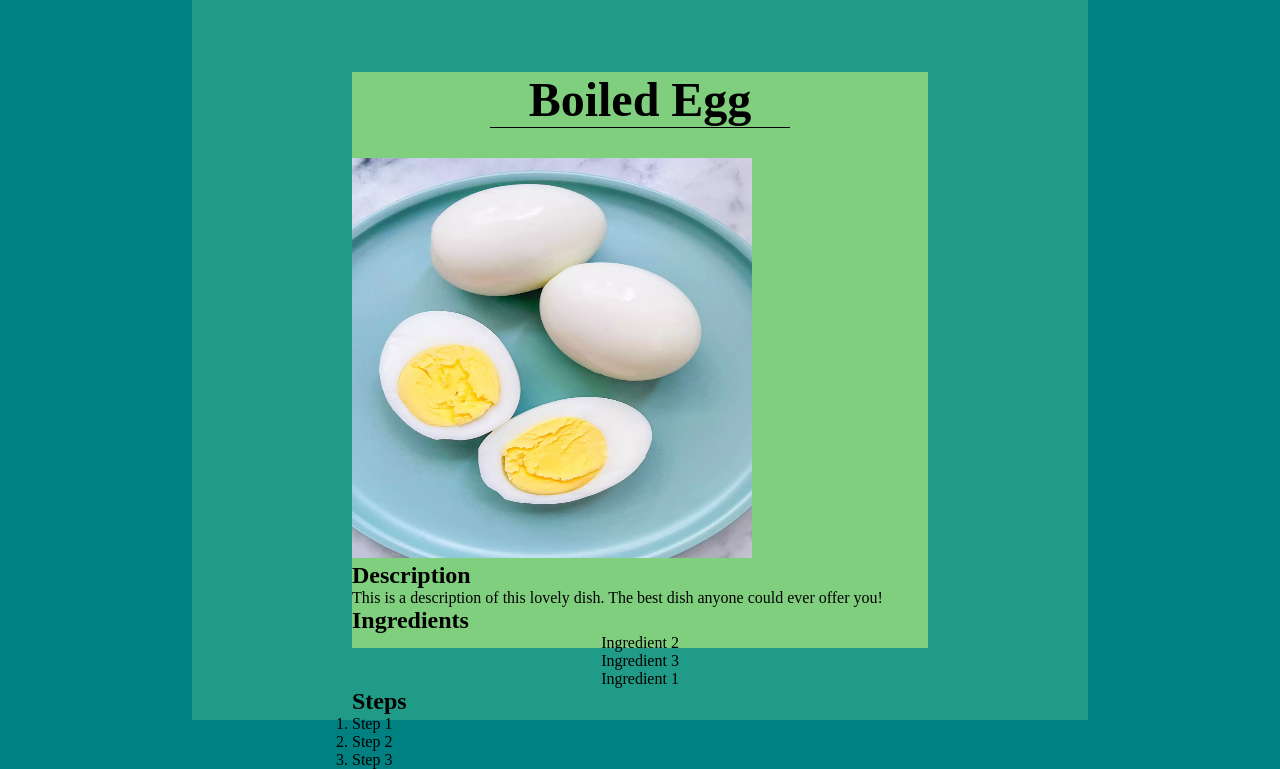
Repository: Pafestivo/odin-recipes
Page: recipes/boiled-egg.html
An editor plug-in stored every save of this project. The page is shown before and after the next save, followed by the edit.
The browser window is 1280 px wide. The pictures show the whole page.

Above is the page before, as saved 2022-09-24 12:49:50.

### recipes/boiled-egg.html
<!DOCTYPE html>
<html lang="en">
<head>
    <meta charset="UTF-8">
    <meta name="viewport" content="width=device-width, initial-scale=1.0">
    <link rel="stylesheet" href="../css/recipe-styles.css">
    <title>Recipe-Boiled Egg</title>
</head>
<body>
    <div class="container">
        <div class="inner">
            <h1>Boiled Egg</h1>
            <img
            src="../images/boiled-egg.jpg"
            alt="An image of Boiled Egg"
            />
            <h2>Description</h2>
            <p>This is a description of this lovely dish. The best dish anyone could ever offer you!</p>

            <h2>Ingredients</h2>
            <ul>
            <li>Ingredient 2</li>
            <li>Ingredient 3</li>
            <li>Ingredient 1</li>
            </ul>

            <h2>Steps</h2>
            <ol>
            <li>Step 1</li>
            <li>Step 2</li>
            <li>Step 3</li>
            </ol>
        </div> <!-- /inner -->
    </div> <!-- /container -->

</body>
</html>

### css/recipe-styles.css
* {
  box-sizing: border-box;
  padding: 0;
  margin: 0;
}

body {
  font-family: serif;
  background-color: #008080;
  padding: 1;
}

.container {
  background-color: #209B87;
  display: flex;
  width: 70vw;
  height: 100vh;
  padding: 1px;
  margin: 0 auto;
}

.inner {
  background-color: #80CF7F;
  width: 45vw;
  height: 80vh;
  margin: auto;
}

h1 {
  text-align: center;
  font-size: 3rem;
  margin: 0 auto 30px auto;
  border-bottom: 1px solid black;
  width: 300px;
}

img {
  width: 400px;
  height: 400px;
}

ul {
  list-style: none;
  display: flex;
  align-items: center;
  justify-content: center;
  flex-direction: column;
}

a {
  display: flex;
  justify-content: center;
  align-items: center;
  margin: 30px 0;
  width: 350px;
  font-size: 1.5em;
  height: 45px;
  border-radius: 20px;
  text-decoration: none;
  color: inherit;
  background-color: #F9F871;
  transition: all 0.1s ease-in;
}

a:hover {
  transform: scale(1.1);
}

After the next save:
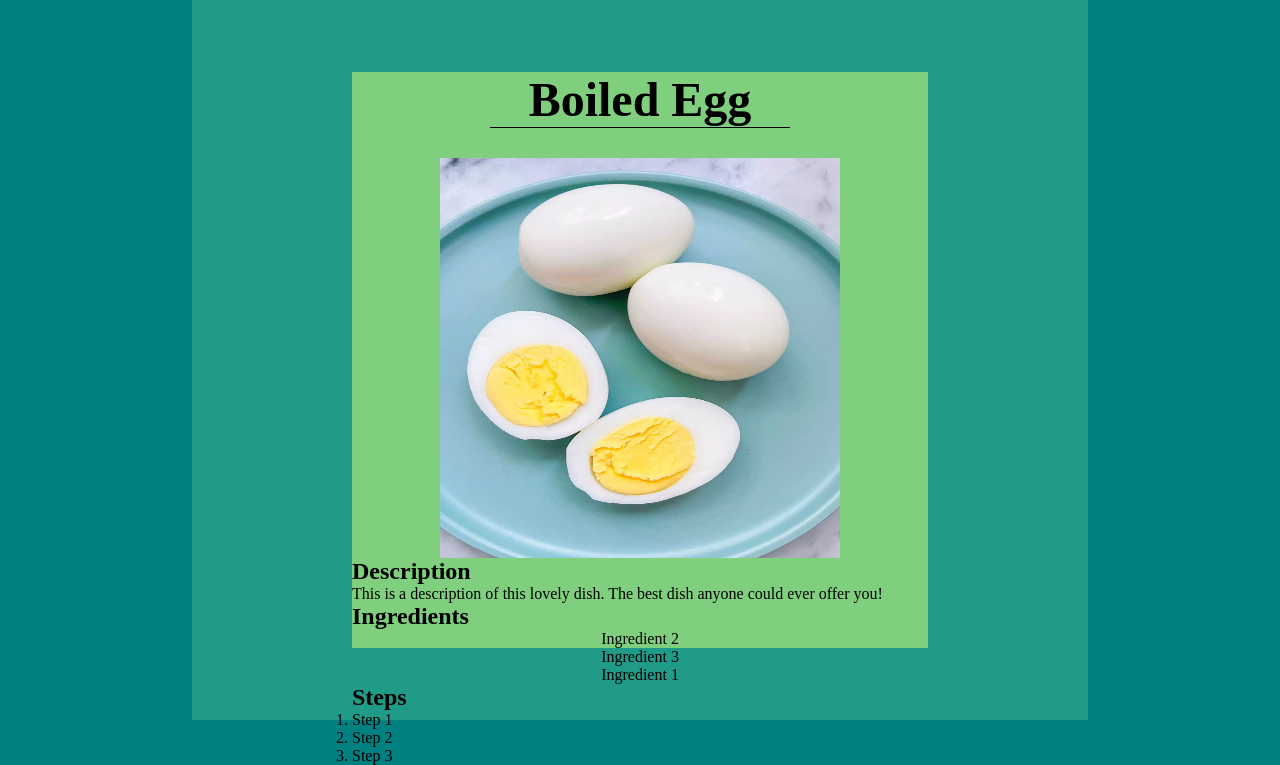
Saved 38 s later.
--- a/css/recipe-styles.css
+++ b/css/recipe-styles.css
@@ -35,6 +35,8 @@ h1 {
 }
 
 img {
+  display: block;
+  margin: 0 auto;
   width: 400px;
   height: 400px;
 }
